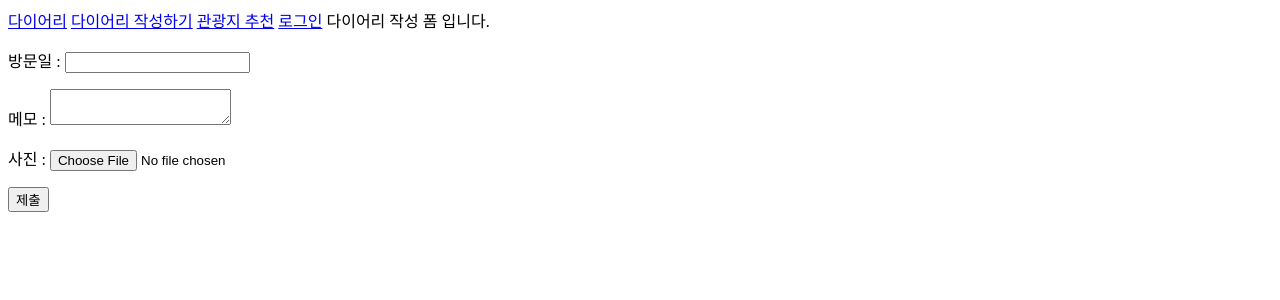
Repository: ezooo/testpj
Page: http://localhost/howwwAbout/WEB-INF/views/addDiary.jsp
The author's editor kept a copy of each file at every save. The page is drawn from the files as they stood at one save, then again after the next save.
The browser window is 1280 px wide. The pictures show the whole page.
The page is served by Tomcat 9. Nobody is signed in. The template is opened directly, without the code that normally fills it, so the values that code supplies are empty.

Above is the page before, as saved 2024-12-04 03:37:12.

After the next save:
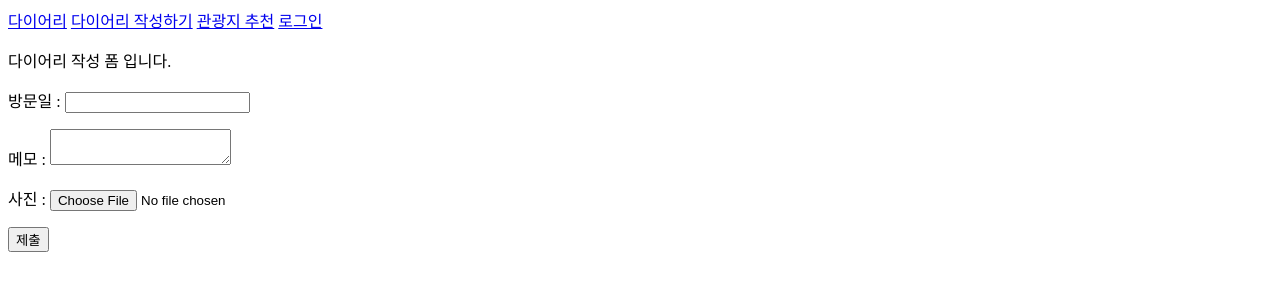
Saved 17 s later.
--- a/howwwAbout/src/main/webapp/WEB-INF/views/addDiary.jsp
+++ b/howwwAbout/src/main/webapp/WEB-INF/views/addDiary.jsp
@@ -10,7 +10,7 @@
 </head>
 <body>
 <%@ include file="main.jsp" %>
-다이어리 작성 폼 입니다.
+<p>다이어리 작성 폼 입니다.<p>
 
 <form:form modelAttribute="diary" method="post" enctype="multipart/form-data">
 	<p>방문일 : <form:input path="visit_date" name="visit_date"/> </p>
